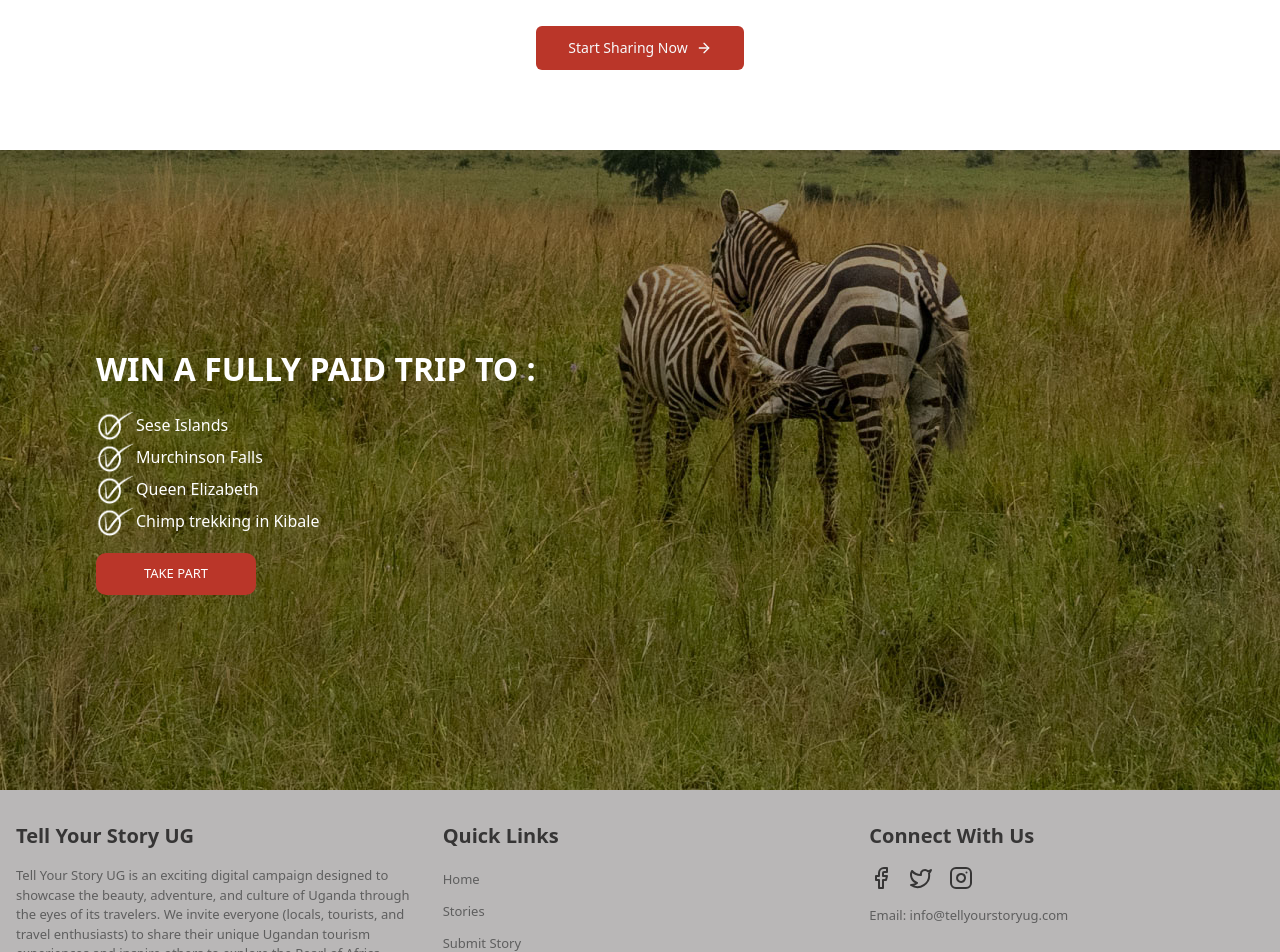
Repository: kaizoku010/take.part
Page: /
The author's editor kept a copy of each file at every save. The page is drawn from the files as they stood at one save, then again after the next save.
The browser window is 1280 px wide. The pictures show the part of the page from y = 2501 to 3453 px (the page is 3588 px tall).
Backgrounds fixed to the window are drawn as part of the page. The project was rebuilt for these pictures with package versions that can differ from the ones it lists, and the page was loaded fresh each time. Also part of the build but not shown: vite.config.ts, src/components/ui/tooltip.tsx, src/pages/About.tsx, src/components/ui/input.tsx, src/pages/Stories.tsx, src/pages/StoryDetail.tsx, src/components/ui/use-toast.ts, src/components/ui/label.tsx and 4 more.

Above is the page before, as saved 2025-04-14 15:35:28.

After the next save:
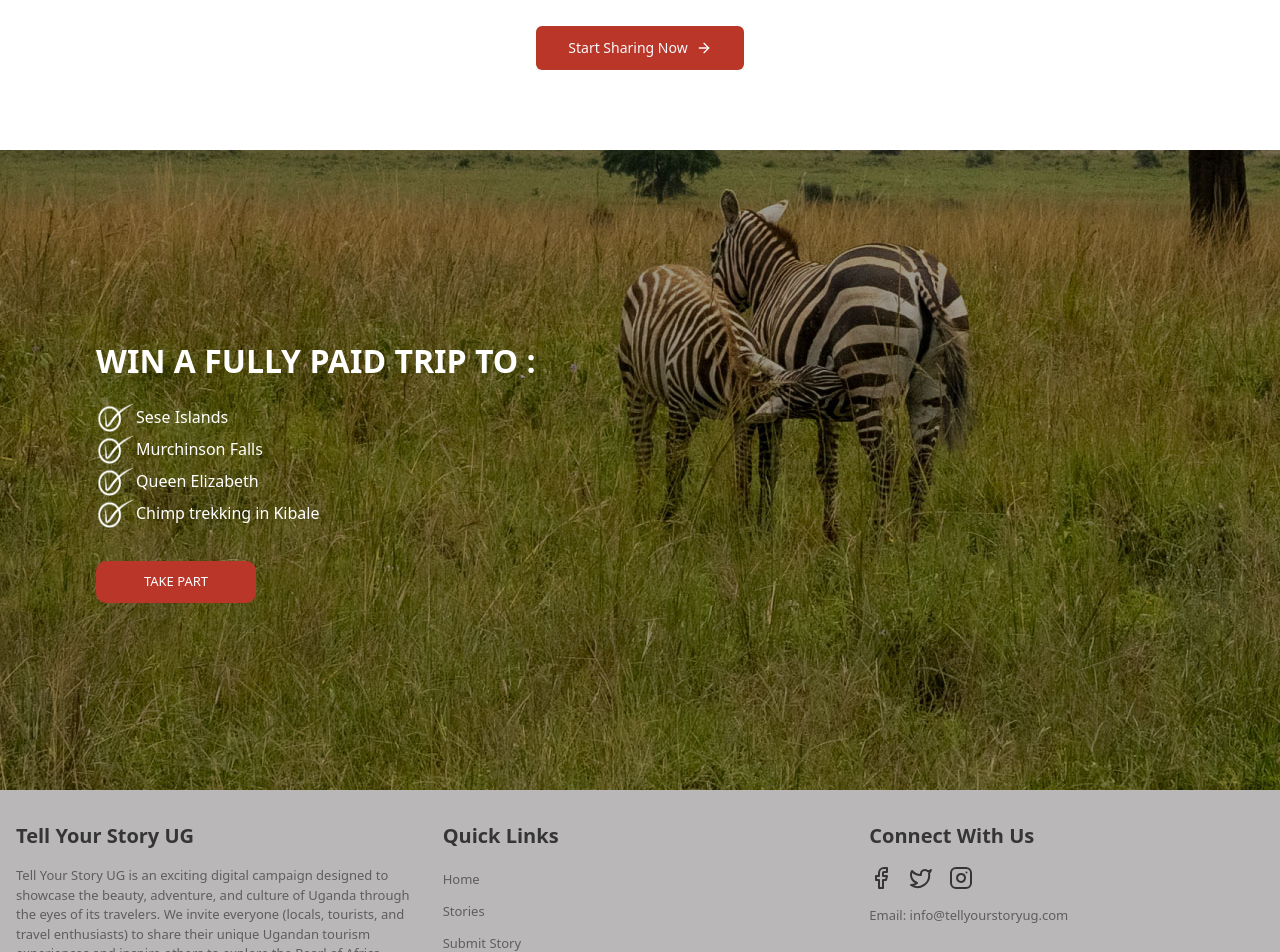
Saved 9 s later.
--- a/src/mdx.css
+++ b/src/mdx.css
@@ -101,7 +101,7 @@ flex-direction: column;
     background-color: #ba3629;
     color: white;
     padding: 0.7rem;
-    margin-top: 1rem;
+    margin-top: 2rem;
     width: 10rem;
     font-weight: 300;
     font-size: small;
